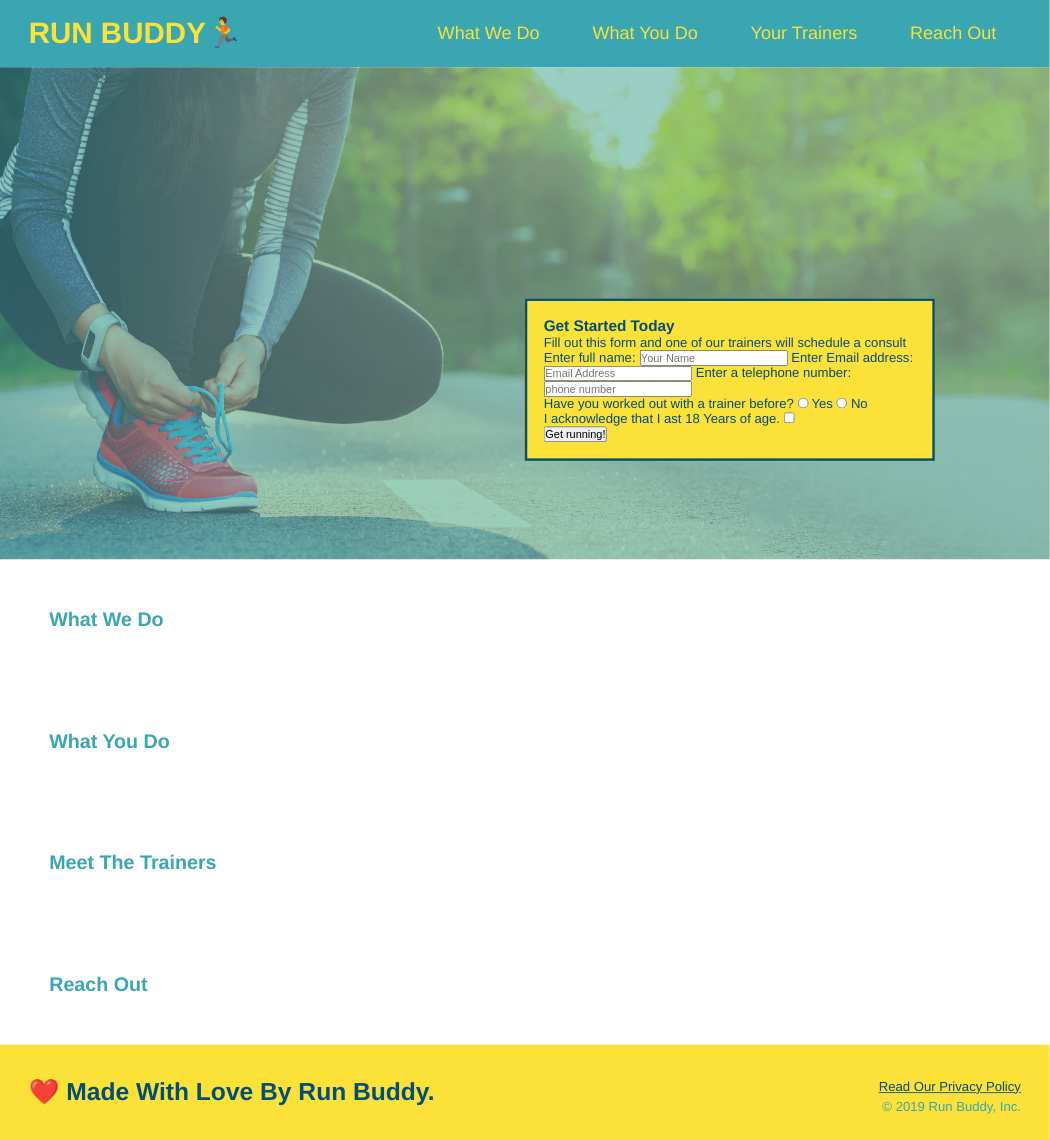
Repository: pilar122/run-buddy
Page: index.html
These files come from the project's save history. The page is drawn as it stood at one moment and after the next save; the edit follows.
The browser window is 1280 px wide. The pictures show the whole page, at 82% of full size.

Above is the page before, as saved 2023-01-21 14:49:42.

### index.html
<!DOCTYPE html>
<html lang="en">
    <head>
        <meta charset="UTF-8"/>
        <title>Run Buddy</title>
        <link rel="stylesheet" href="./assets/css/style.css" />
    </head>
    <body>
        <!-- navigation -->
        <header>
            <h1>
                <a href="/"> RUN BUDDY🏃</a>
            </h1>
            <nav>
                <ul><!--Unordered list element-->
                    <li> <!--List item element-->
                        <a href="#what-we-do">What We Do</a> <!--Anchor Element-->
                    </li>
                    <li>
                        <a href="#what-you-do">What You Do</a>
                    </li>
                    <li>
                        <a href="#your-trainers">Your Trainers</a>
                    </li>
                    <li>
                        <a href="#reach-out">Reach Out</a>
                    </li>
                </ul>
            </nav>
        </header>

        <!--hero/jumbotron-->
        <section class="hero">
            <div class="hero-form">
                <h3>Get Started Today</h3>
                <p>Fill out this form and one of our trainers will schedule a consult</p>
                <!--form element-->
                <form>
                    <!--form input-->
                    <label for="name">Enter full name:</label>
                    <input type="text" placeholder="Your Name" name="name" id="name"/>
                    <label for="email">Enter Email address:</label>
                    <input type="email" placeholder="Email Address" name="email" id="email"/>
                    <label for="phone">Enter a telephone number:</label>
                    <input type="tel" placeholder="phone number" name="phone" id="phone"/>
                    <!--button for selection-->
                    <p>
                        Have you worked out with a trainer before?
                        <input type="radio" name="trainer-confirm" id="trainer-yes"/>
                        <label for="trainer-yes">Yes</label>
                        <input type="radio" name="trainer-confirm" id="trainer-no"/>
                        <label for="trainer-no">No</label>
                    </p>
                    <p>
                        <label for="checkbox">
                        I acknowledge that I ast 18 Years of age.
                        </label>
                        <input type="checkbox" name="age-confirm" id="checkbox"/>
                    </p>
                    <!--the submit button-->
                    <button type="submit">
                        Get running!
                    </button>
                </form>
            </div>
        </section>
        <!--end hero-->

        <!--"what we do" section-->
        <section>
            <h2>What We Do</h2>
        </section>

        <!--"What You Do" section-->
        <section>
            <h2>What You Do</h2>
        </section>

        <!--"Meet The Trainers" section-->
        <section>
            <h2>Meet The Trainers</h2>
        </section>

        <!--"Reach Out" section-->
        <section>
            <h2>Reach Out</h2>
        </section>

        <!--Footer-->
        <footer>
            <h2>❤️ Made With Love By Run Buddy.</h2>
            <div>
                <a href="#">Read Our Privacy Policy</a><br />
                &copy; 2019 Run Buddy, Inc.
            </div>
        </footer>
    </body>
</html>

### assets/css/style.css
/*This is to remove the default browser enforced styled*/
* {
    margin: 0;
    padding: 0;
    box-sizing: border-box;
}

body {
    /*This changes the elements in the body*/
    color: #39a6b2;
    font-family: Helvetica, Arial, sans-serif;
}

/*Applying style to the header*/
header {
    padding: 20px 35px;
    background-color: #39a6b2;
}

header h1 {
    font-weight: bold;
    font-size: 36px;
    color: #fce138;
    margin: 0;
    display: inline; /*This moved the nav on the right hand side up*/
}

header a {
    text-decoration: none;
    color: #fce138;
}

header nav {
    float: right;
    margin: 7px 0;
}

header nav ul li {
    display: inline; /*horizontally in a row*/
}

header nav ul li a {
    margin: 0 30px;
    font-weight: lighter;
    font-size: 22px;
}

footer {
    background: #fce138;
    width: 100%;
    padding: 40px 35px;
}

footer h2 {
    display: inline;
    color: #024e76;
    font-size: 30px;
    margin: 0;
}

footer div {
    float: right;
    line-height: 1.5;
    text-align: right;
}

footer a {
    color: #024e76;
}

section {
    padding: 60px;
}
/*Hero style start*/
.hero {
    background-image: url("../images/hero-bg.jpeg");
    height: 600px;
    background-size: cover;
    background-position: center;
    position: relative;
}
/*hero style end*/

.hero-form {
    border: 3px solid #024e76;
    background-color: #fce138;
    padding: 20px;
    width: 500px;
    color: #024e76;
    position: absolute;
    bottom: 120px;
    right: 140px;
}

section h3 {
    margin: 0px;
}

.hero-form p {
    margin: ;
}

After the next save:
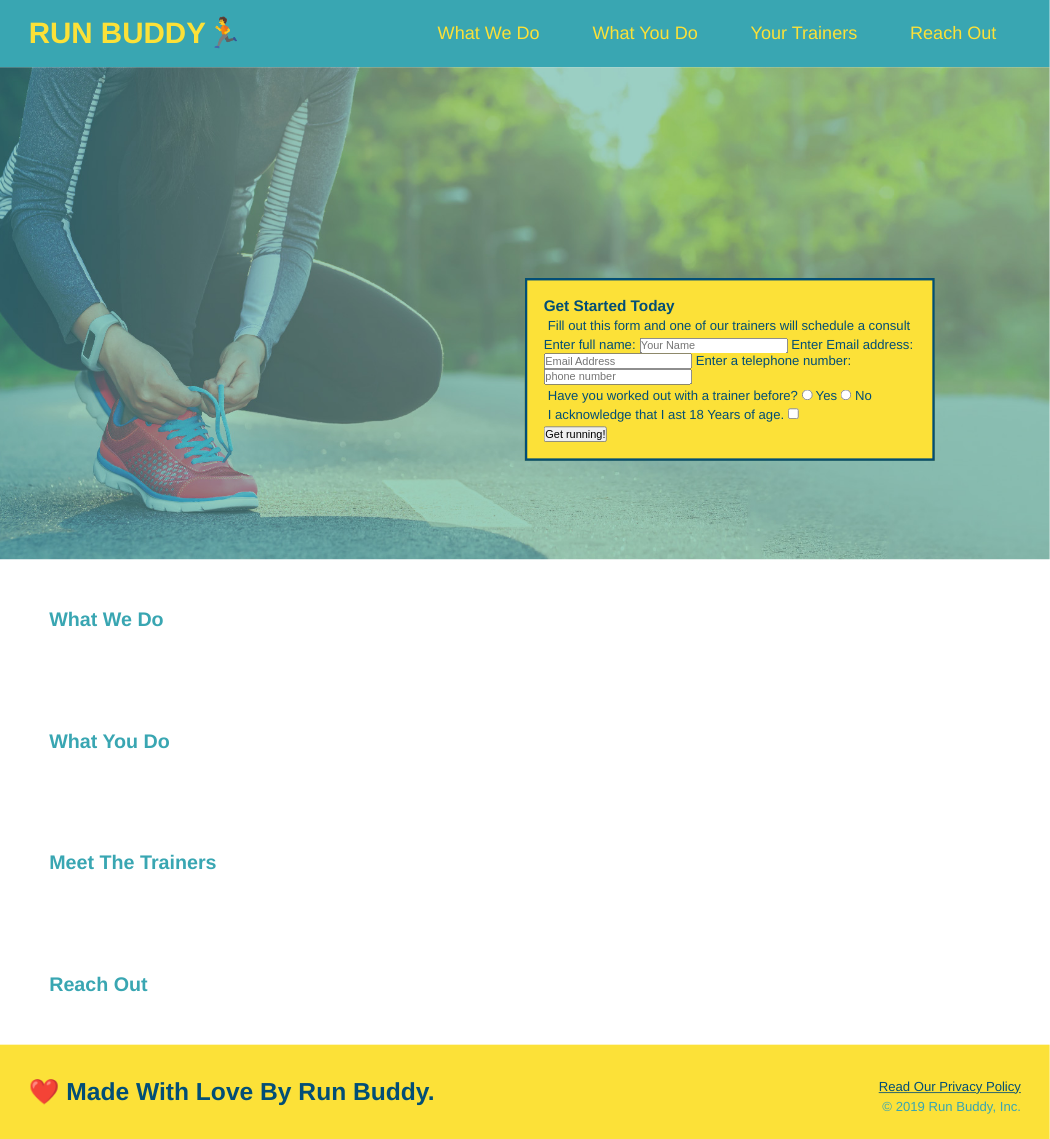
Saved 4 s later.
--- a/assets/css/style.css
+++ b/assets/css/style.css
@@ -97,5 +97,5 @@ section h3 {
 }
 
 .hero-form p {
-    margin: ;
+    margin: 5px;
 }
